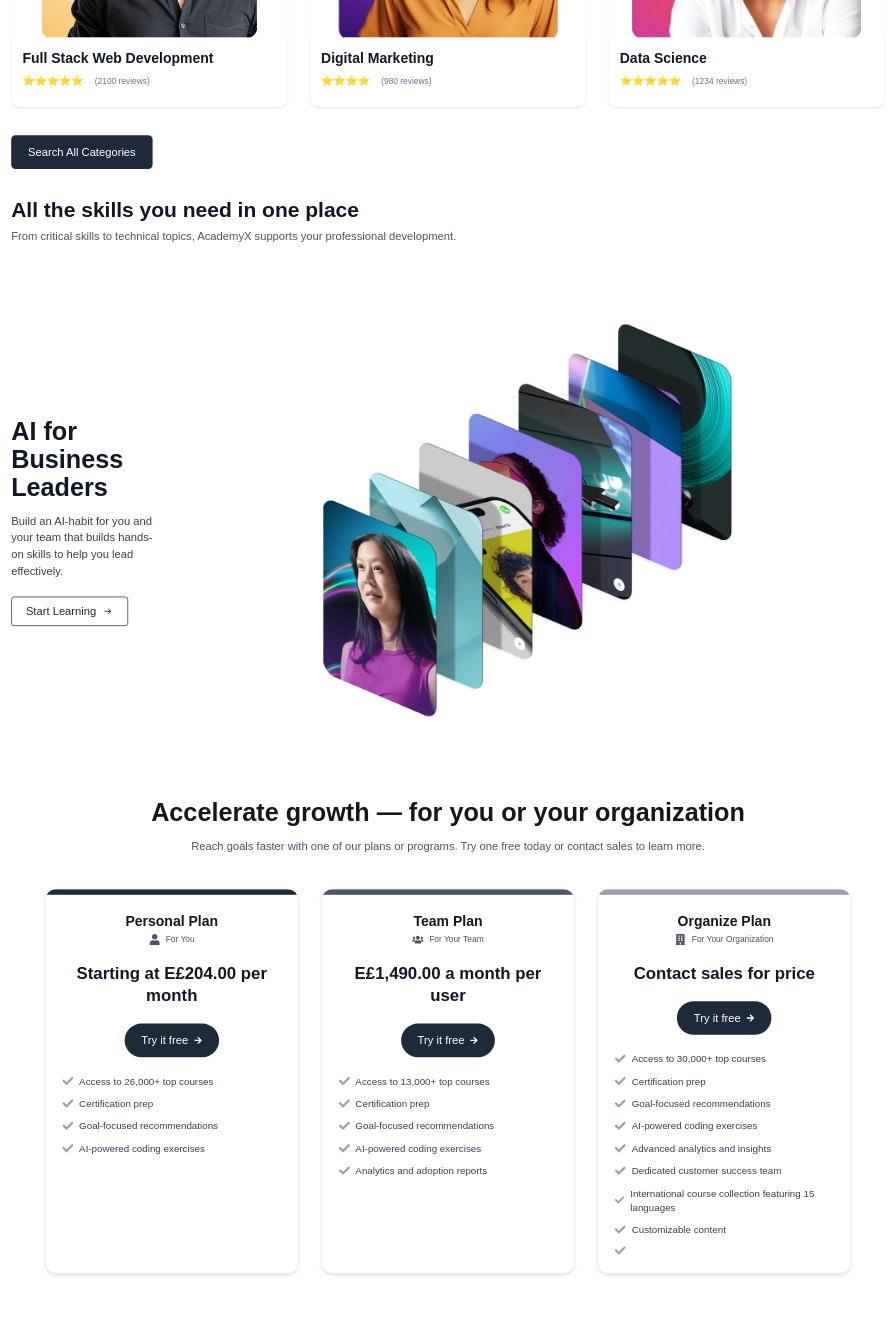
Repository: MohamedSalah54/full-stack-e-learning
Page: / (app in frontend/)
The author's editor kept a copy of each file at every save. The page is drawn from the files as they stood at one save, then again after a run of saves.
The browser window is 1280 px wide. The pictures show the part of the page from y = 1015 to 2935 px (the page is 2899 px tall before and 2935 px after), at 70% of full size.
The project was rebuilt for these pictures with package versions that can differ from the ones it lists, and the page was loaded fresh each time. The framework's server and built-in components were replaced by stand-ins that run in the browser. Also part of the build but not shown: frontend/next.config.ts.

Above is the page before, as saved 2025-06-16 14:15:55.

After the next 3 saves:
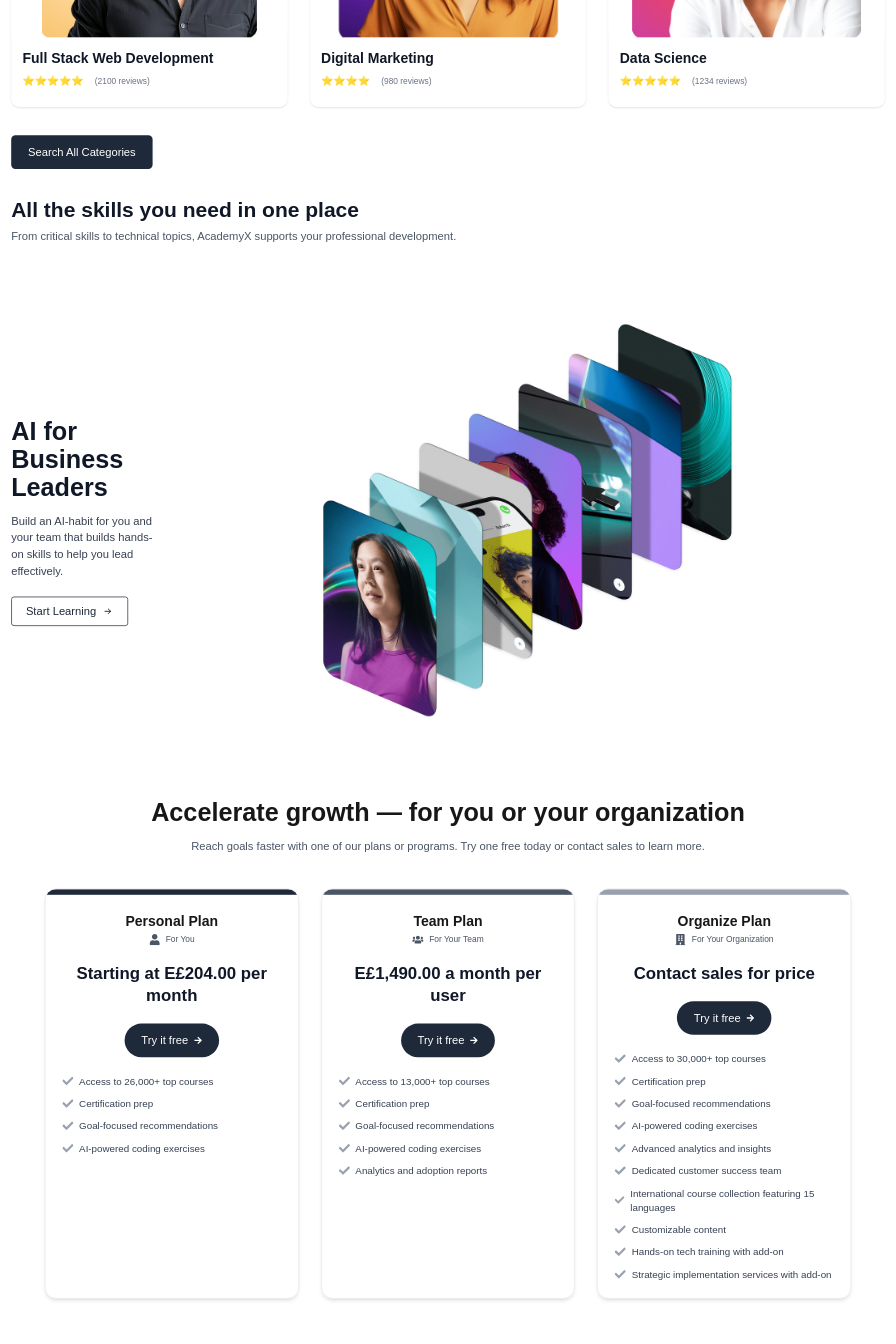
The 3 saves are shown as one change because they came seconds apart.
The last was saved 9 s later.
--- a/frontend/src/constants/index.ts
+++ b/frontend/src/constants/index.ts
@@ -58,7 +58,7 @@
     icon: FaBuilding,
     type: "For your organization",
     price: "Contact sales for price",
-    features: ["Access to 30,000+ top courses", "Certification prep", "Goal-focused recommendations","AI-powered coding exercises","Advanced analytics and insights","Dedicated customer success team","International course collection featuring 15 languages","Customizable content",""],
+    features: ["Access to 30,000+ top courses", "Certification prep", "Goal-focused recommendations","AI-powered coding exercises","Advanced analytics and insights","Dedicated customer success team","International course collection featuring 15 languages","Customizable content","Hands-on tech training with add-on","Strategic implementation services with add-on"],
     color: "bg-gray-400",
   },
 ];
